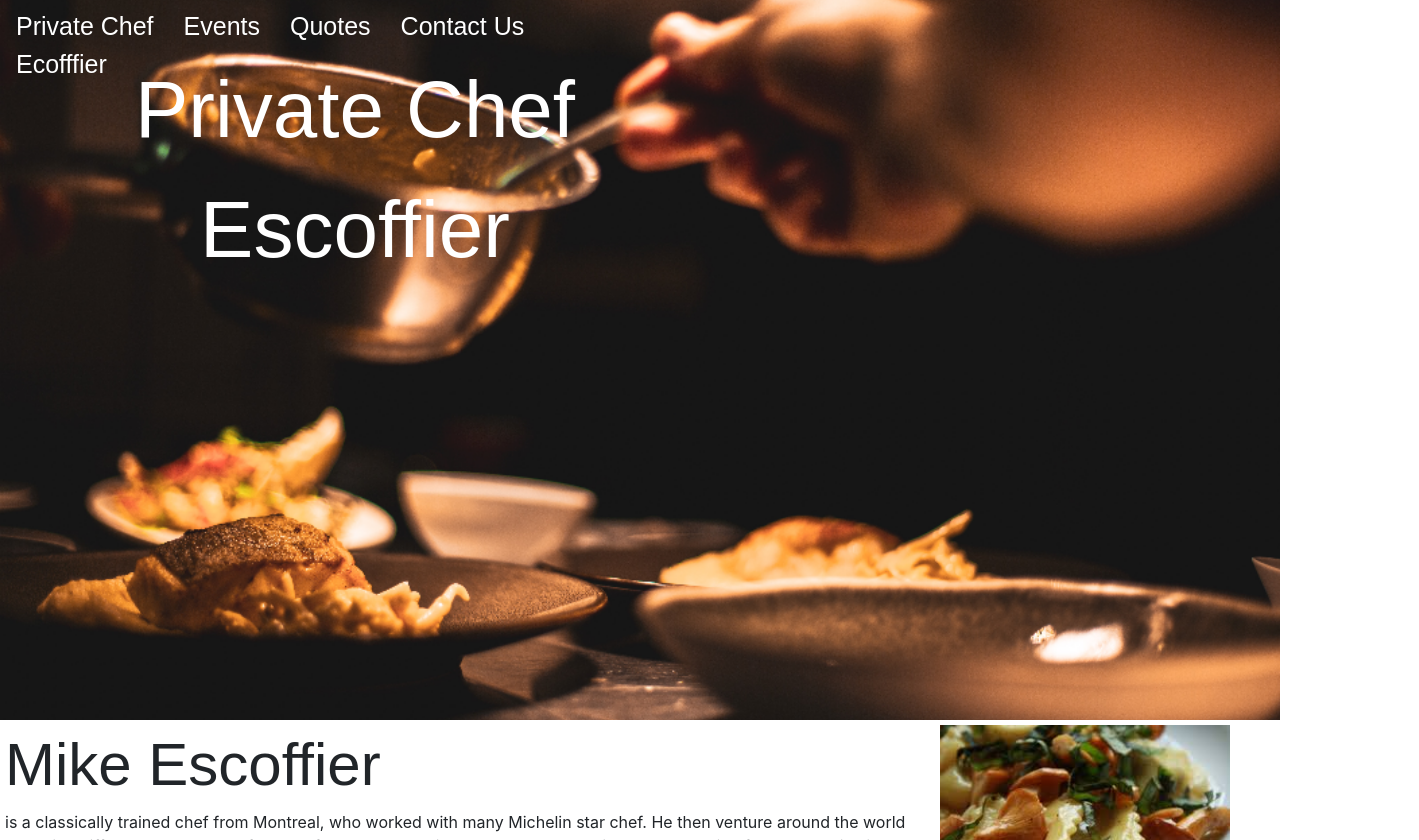
Repository: Mrsebastino/First-Milestone
Page: index.html
The author's editor kept a record of every edit. The page is drawn from the files as they stood at one moment, then again after the next edit.
The browser window is 1280 px wide. The page is 1315 px wide, then 1419 px, so the pictures cover 1419 px, including what lies to the right of the window. The pictures show the part of the page from y = 0 to 840 px (the page is 4762 px tall before and 4078 px after).
Backgrounds fixed to the window are drawn as part of the page. Some web fonts or font styles are not loaded; a fallback is used. Some web libraries are served in a nearby version.

Above is the page before.

After the next edit:
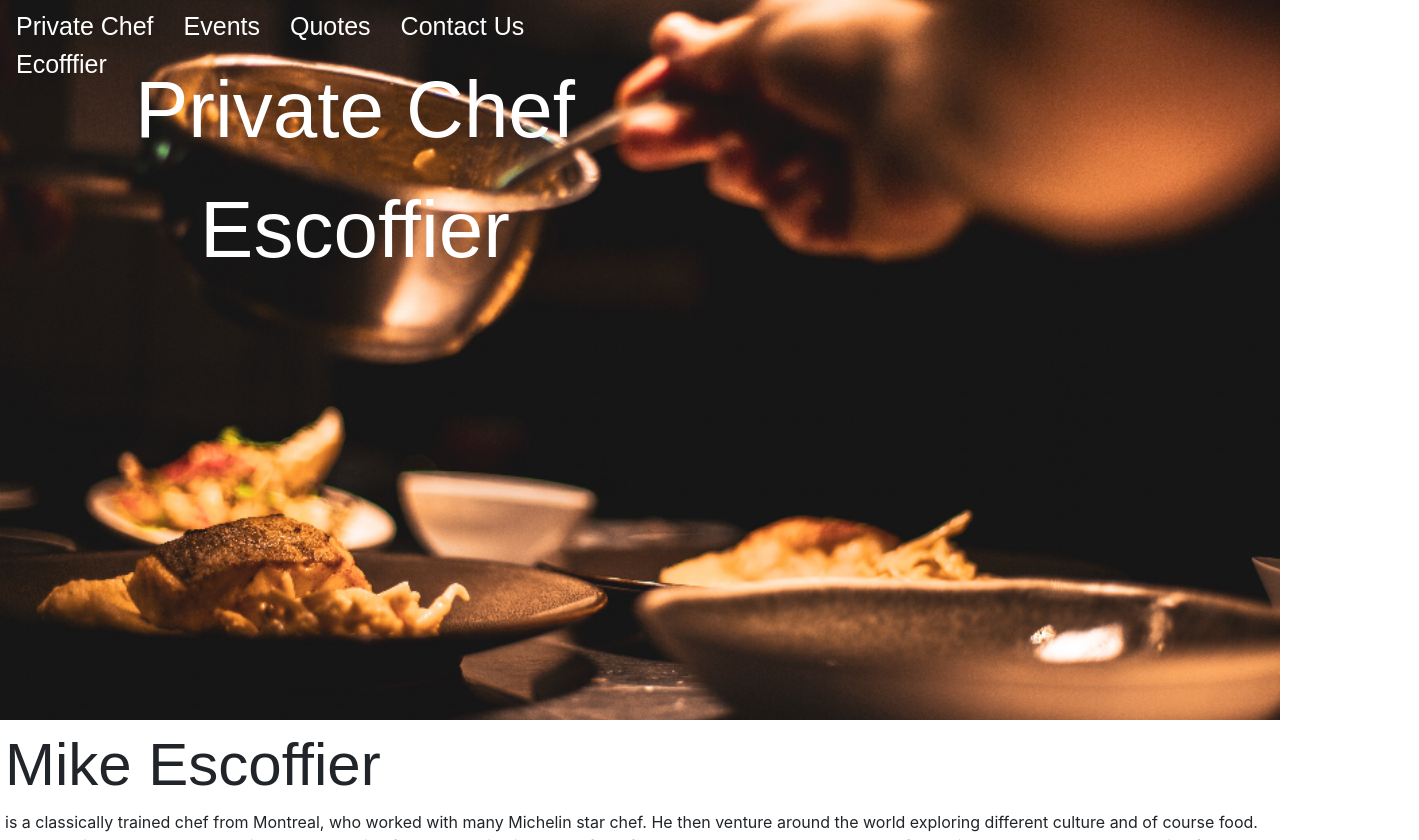
The edit:
--- a/assets/css/style.css
+++ b/assets/css/style.css
@@ -178,7 +178,7 @@
     font-weight: 500;
 }
 
-.mg-fluid{
+.img-fluid{
     display: flex;
 }
 
